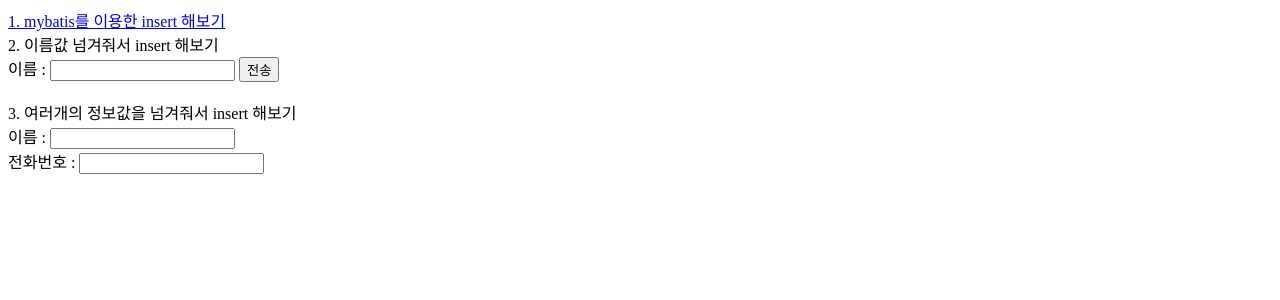
Repository: skosko00/seongmin
Page: webworkspace3/mybatis_01/WebContent/index.html
The author's editor kept a copy of each file at every save. The page is drawn from the files as they stood at one save, then again after the next save.
The browser window is 1280 px wide. The pictures show the whole page.

Above is the page before, as saved 2018-06-26 08:13:12.

After the next save:
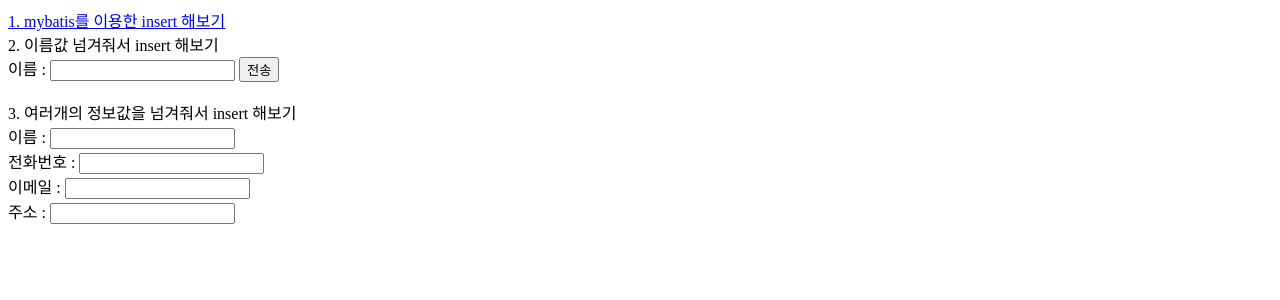
Saved 25 s later.
--- a/webworkspace3/mybatis_01/WebContent/index.html
+++ b/webworkspace3/mybatis_01/WebContent/index.html
@@ -15,7 +15,9 @@
 3. 여러개의 정보값을 넘겨줘서 insert 해보기
 <form action="mybatisTest3" method="post">
 이름 : <input type="text" name="studentName"/><br>
-전화번호 : <input type="text" name="studentName"/><br>
+전화번호 : <input type="text" name="studentTel"/><br>
+이메일 : <input type="text" name="studentEmail"/><br>
+주소 : <input type="text" name="studentAddr"/><br>
 </form>
 </body>
 </html>
